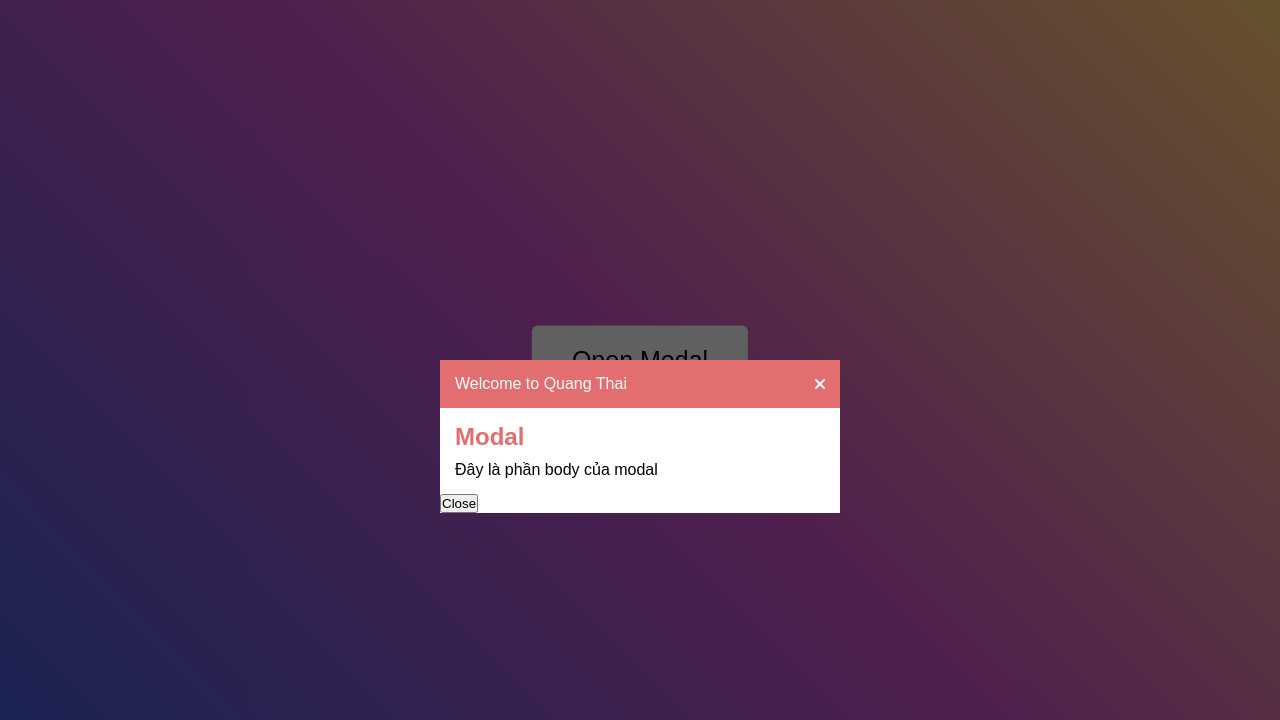
Repository: QUANGTHAI2003/modal
Page: index.html
An editor plug-in stored every save of this project. The page is shown before and after the next save, followed by the edit.
The browser window is 1280 px wide. The pictures show the whole page.

Above is the page before, as saved 2022-02-28 21:43:57.

### index.html
<!DOCTYPE html>
<html lang="en">

<head>
    <meta charset="UTF-8">
    <meta http-equiv="X-UA-Compatible" content="IE=edge">
    <meta name="viewport" content="width=device-width, initial-scale=1.0">
    <title>Modal show</title>
    <link rel="stylesheet" href="https://cdnjs.cloudflare.com/ajax/libs/font-awesome/6.0.0/css/all.min.css">
    <link rel="stylesheet" href="./style.css">
</head>

<body>
    <button class="open-modal-btn">Open Modal</button>
    <div class="modal">
        <div class="modal__inner">
            <div class="modal__header">
                <p>Welcome to Quang Thai</p>
                <i class="fas fa-times"></i>
            </div>
            <div class="modal__body">
                <h2>Modal</h2>
                <p>Đây là phần body của modal</p>
            </div>
            <div class="modal__footer">
                <button>Close</button>
            </div>
        </div>
    </div>
    <script src="./app.js"></script>
</body>

</html>

### style.css
:root {
    --pink-color: #e26e70;
}

* {
    margin: 0;
    padding: 0;
    box-sizing: border-box;
}

body {
    height: 100vh;
    overflow: hidden;
    font-family: sans-serif;
    background-image: linear-gradient(
        45deg,
        rgb(65, 88, 208) 0%,
        rgb(200, 80, 192) 50%,
        rgb(255, 204, 112) 100%
    );
}

.open-modal-btn {
    padding: 20px 40px;
    border: none;
    outline: none;
    border-radius: 6px;
    display: inline-block;
    position: relative;
    top: 50%;
    left: 50%;
    transform: translate(-50%, -50%);
    font-size: 25px;
}

.modal {
    position: fixed;
    top: 0;
    height: 100vh;
    width: 100vw;
    background: rgba(0, 0, 0, 0.6);
}

.modal__inner {
    width: 400px;
    position: relative;
    top: 50%;
    margin: 0 auto;
    background: white;
}

.modal__header {
    display: flex;
    justify-content: space-between;
    align-items: center;
    padding: 15px;
    background: var(--pink-color);
    color: white;
}

.modal__body {
    padding: 15px;
}

.modal__body h2 {
    color: var(--pink-color);
    margin-bottom: 10px;
}

Loaded but not shown: app.js (no stored copy; drawn as an empty file)

After the next save:
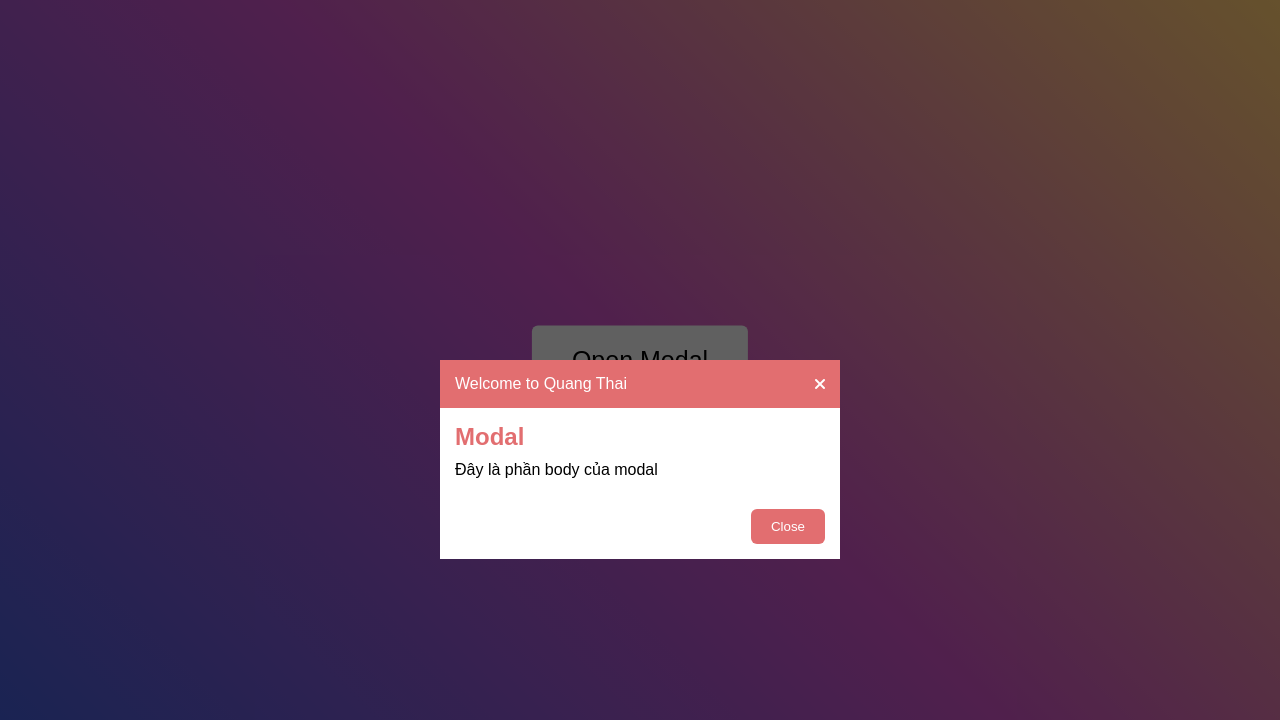
Saved 101 s later.
--- a/style.css
+++ b/style.css
@@ -66,3 +66,17 @@ body {
     color: var(--pink-color);
     margin-bottom: 10px;
 }
+
+.modal__footer {
+    padding: 15px;
+    text-align: right;
+}
+
+.modal__footer button {
+    padding: 10px 20px;
+    border: none;
+    outline: none;
+    border-radius: 6px;
+    background: var(--pink-color);
+    color: white;
+}
